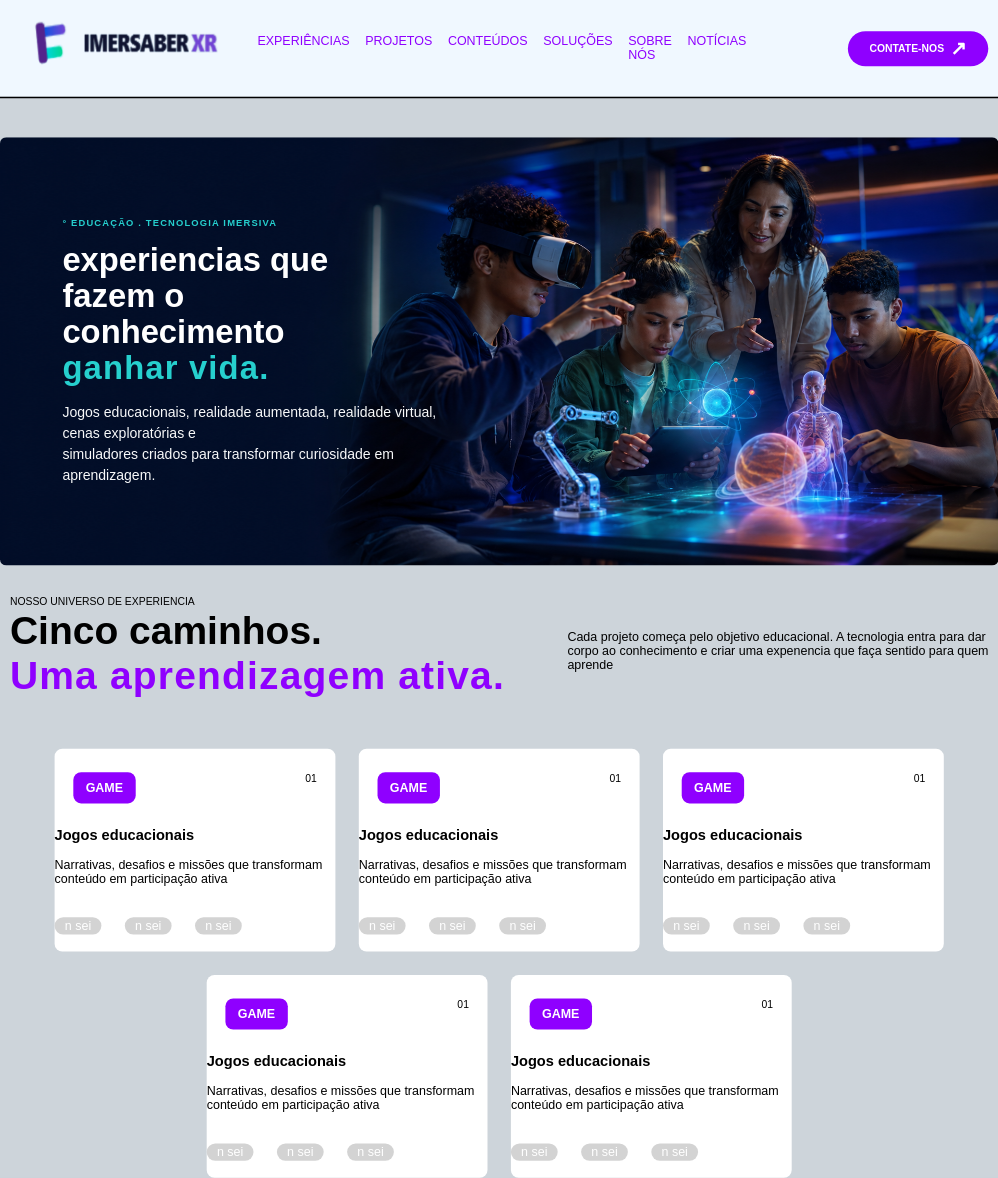
Repository: antonymsantana-design/Avaliacao.Parte.01
Page: html/index.html
The author's editor kept a copy of each file at every save. The page is drawn from the files as they stood at one save, then again after the next save.
The browser window is 1280 px wide. The pictures show the whole page, at 78% of full size.

Above is the page before, as saved 2026-08-29 18:48:59.

### html/index.html
<!DOCTYPE html>
<html lang="pt-br">

<head>
    <meta charset="UTF-8">
    <meta name="viewport" content="width=device-width, initial-scale=1.0">
    <title>avaliação </title>
    <link rel="stylesheet" href="../css/Style.css">
</head>
<header>
    <div class="conteudoH" id="conteudoH">
        <div class="imagem" id="imagem">
            <img src="../images/Design sem nome.png" alt="logo" class="logoIMG" id="logoIMG">
        </div>
        <div class="links" id="links">
            <a href="#">EXPERIÊNCIAS</a>
            <a href="#">PROJETOS</a>
            <a href="#">CONTEÚDOS</a>
            <a href="#">SOLUÇÕES</a>
            <a href="#">SOBRE NÓS</a>
            <a href="#">NOTÍCIAS</a>
        </div>
        <div class="btnDiv" id="btnDiv">
            <button class="btn" id="btn">
                <div class="btnTxt" id="btnTxt">
                    <p>CONTATE-NOS</p>
                </div>
                <div class="emoji" id="emoji">
                    <p>↗</p>
                </div>
            </button>
        </div>
    </div>
</header>

<body>


    <div class="conteudoBanner">
        <img src="../images/hero-banner-imersaber.png" alt="banner">
        <div class="txtBanner" id="txtBanner">
            <span>° EDUCAÇÃO . TECNOLOGIA IMERSIVA</span>
            <h1>experiencias que <br> fazem o <br> conhecimento <br> <span class="spn">ganhar vida. </span></h1>
            <p>Jogos educacionais, realidade aumentada, realidade virtual, cenas exploratórias e<br>
                simuladores criados para transformar curiosidade em aprendizagem.</p>
        </div>
    </div>

    <BR></BR>

    <div class="titulo" id="titulo">
        <div class="eTitulo">
            <small>NOSSO UNIVERSO DE EXPERIENCIA</small>
            <h1 class="eH1">Cinco caminhos. <br>
                <span>Uma aprendizagem ativa.</span>
            </h1>
        </div>
        <div class="dTitulo">
            <p>Cada projeto começa pelo objetivo educacional. A tecnologia entra para dar <br> corpo ao conhecimento e
                criar uma expenencia que faça sentido para quem <br> aprende</p>
        </div>
    </div>

    <div class="cards">

        <div class="card1">
            <div class="cima">
                <p>GAME</p>
                <small>01</small>
            </div>
            <div class="meio">
                <h3>
                    Jogos educacionais
                </h3> <br>
                <p>Narrativas, desafios e missões que transformam conteúdo em participação ativa</p>
            </div>
            <div class="baixo">
                <p> n sei</p>
                <p> n sei</p>
                <p> n sei</p>
            </div>
        </div>

        <div class="card1">
            <div class="cima">
                <p>GAME</p>
                <small>01</small>
            </div>
            <div class="meio">
                <h3>
                    Jogos educacionais
                </h3> <br>
                <p>Narrativas, desafios e missões que transformam conteúdo em participação ativa</p>
            </div>
            <div class="baixo">
                <p> n sei</p>
                <p> n sei</p>
                <p> n sei</p>
            </div>
        </div>

        <div class="card1">
            <div class="cima">
                <p>GAME</p>
                <small>01</small>
            </div>
            <div class="meio">
                <h3>
                    Jogos educacionais
                </h3> <br>
                <p>Narrativas, desafios e missões que transformam conteúdo em participação ativa</p>
            </div>
            <div class="baixo">
                <p> n sei</p>
                <p> n sei</p>
                <p> n sei</p>
            </div>
        </div>

        <div class="card1">
            <div class="cima">
                <p>GAME</p>
                <small>01</small>
            </div>
            <div class="meio">
                <h3>
                    Jogos educacionais
                </h3> <br>
                <p>Narrativas, desafios e missões que transformam conteúdo em participação ativa</p>
            </div>
            <div class="baixo">
                <p> n sei</p>
                <p> n sei</p>
                <p> n sei</p>
            </div>
        </div>

        <div class="card1">
            <div class="cima">
                <p>GAME</p>
                <small>01</small>
            </div>
            <div class="meio">
                <h3>
                    Jogos educacionais
                </h3> <br>
                <p>Narrativas, desafios e missões que transformam conteúdo em participação ativa</p>
            </div>
            <div class="baixo">
                <p> n sei</p>
                <p> n sei</p>
                <p> n sei</p>
            </div>
        </div>

    </div>

</body>

</html>

### css/Style.css
* {
    padding: 0px;
    margin: 0px;
    font-family: Arial, Helvetica, sans-serif;
}

body{
    background-color: rgb(205, 212, 218);
}

header {
    background-color: aliceblue;
    border-bottom: 2px solid black;
}

.conteudo {
    margin-top: 5px;
}

.conteudoH {
    display: flex;
    justify-content: space-between;
    padding-right: 100px;
    align-items: center;
}

a {
    text-decoration: none;
    color: #8f00ff;
}

.logoIMG {
    width: 330px;
    height: 120px;
}

.links {
    display: flex;
    gap: 20px;
    justify-content: center;
    padding-right: 130px;
}

.btn {
    display: flex;
    justify-content: center;
    width: 180px;
    height: 45px;
    background-color: #8F00FF;
    font-weight: 800;
    border: none;
    border-radius: 25px;
    color: white;
    align-items: center;
    gap: 8px;
}

.emoji {
    font-size: 25px;
}

/*parte banner*/

.txtBanner p {
    margin: 0;
    font-size: 18px;
    color: #f8f9fa;
}

.conteudoBanner {
    position: relative;
    width: 100%;
    margin: 50px auto 0;
}

.conteudoBanner img {
    width: 100%;
    height: auto;
    display: block;
    border-radius: 8px;
}

.txtBanner {
    position: absolute;
    top: 50%;
    left: 80px;
    color: white;
    transform: translateY(-50%);
    max-width: 500px;
    font-family: sans-serif;
}

span {
    font-size: 12px;
    letter-spacing: 1.5px;
    font-weight: bold;
    color: #26d0ce;
    display: block;
    margin-bottom: 15px;
}

.txtBanner h1 {
    font-size: 42px;
    font-weight: 800;
    line-height: 1.1;
    margin: 0 0 20px 0;
}

.spn {
        font-size: 42px;
    color: #26d0ce;
}

.txtBanner {
    font-size: 14px;
    line-height: 1.5;
}

/*parte 3*/

.titulo{
    display: flex;
    justify-content: center;
    gap: 80px;
    margin-bottom: 50px;
}

.dTitulo{
    display: flex;
    justify-content: center;
    align-items: center;
}

.eH1{
    font-size: 50px;
}

.eH1 span{
    color: #8F00FF;
   font-size: 50px;
}

.card1{
    padding-top: 30px;
    width: 360px;
    height: 230px;
    background-color: white;
    border-radius: 10px;
}

.cima{
    display: flex;
    justify-content: space-around;
    gap: 170px;
    margin-bottom: 30px;
}

.cima p{
    color: white;
    background-color: #8F00FF;
    width: 80px;
    height: 40px;
    border-radius: 10px;
    display: flex;
    justify-content: center;
    align-items: center;
    font-weight: bold;
}

.baixo{
    display: flex;
    justify-content: left;
    align-items: center;
    gap: 30px;
    color: white;
}

.meio{
    margin-bottom: 40px;
}

.baixo p{
    background-color: lightgrey;
    width: 60px;
    height: 22px;
    border-radius: 15px;
     display: flex;
    justify-content: center;
    align-items: center;
}

.cards{
    display: flex;
    justify-content: center;
    gap: 30px;
    flex-wrap: wrap;
}

After the next save:
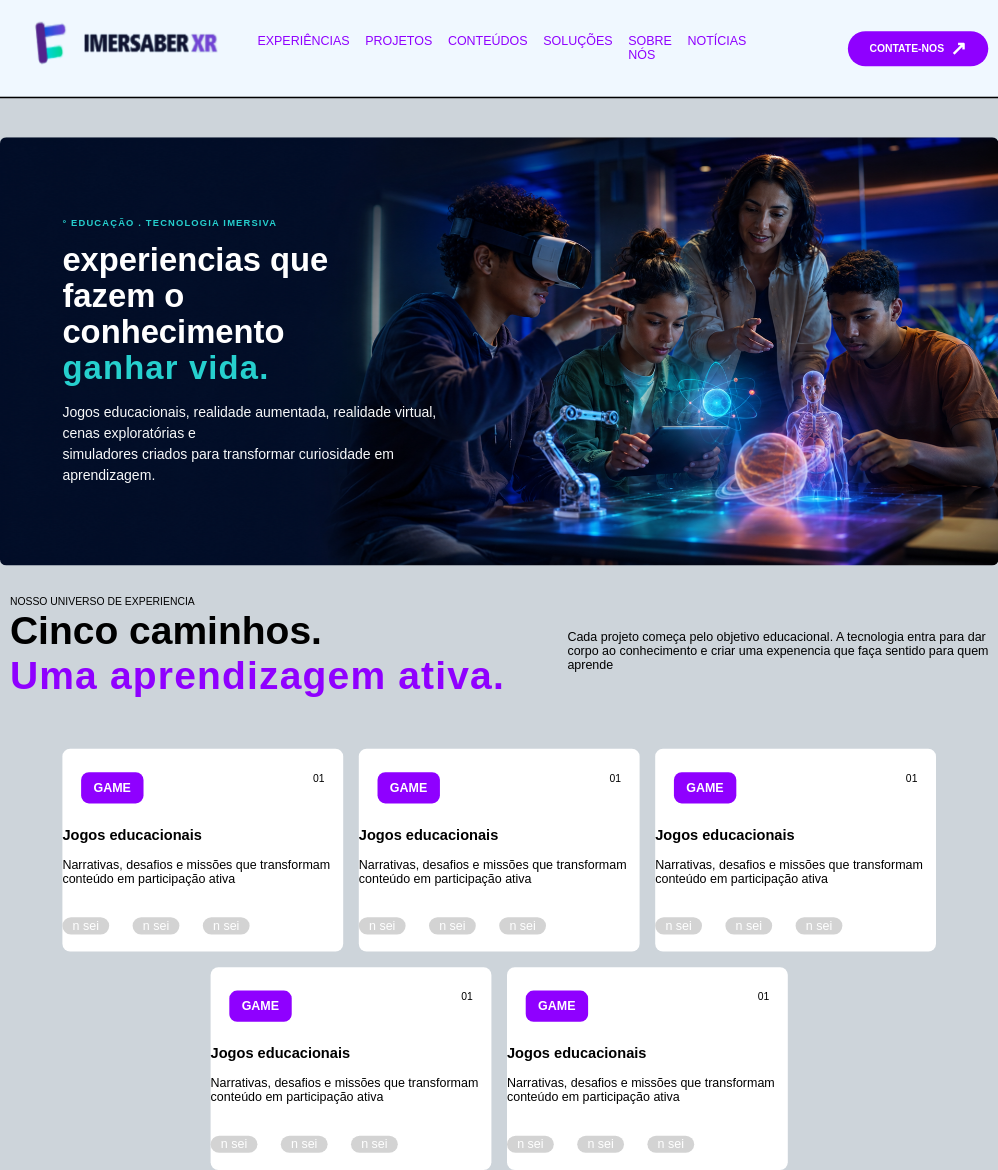
Saved 7 s later.
--- a/css/Style.css
+++ b/css/Style.css
@@ -192,6 +192,6 @@ span {
 .cards{
     display: flex;
     justify-content: center;
-    gap: 30px;
+    gap: 20px;
     flex-wrap: wrap;
 }
